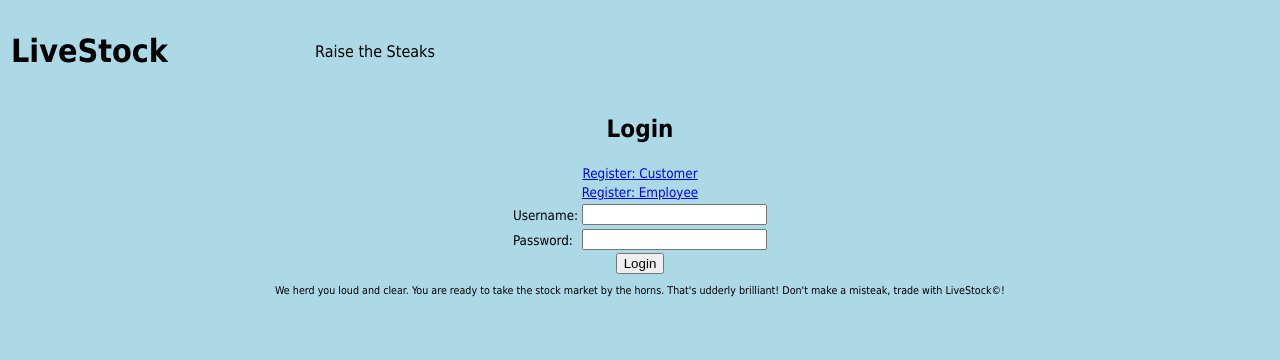
Repository: yastapova/live-stock
Page: LiveStockSite/WebContent/WEB-INF/index.html
These files come from the project's save history. The page is drawn as it stood at one moment and after the next save; the edit follows.
The browser window is 1280 px wide. The pictures show the whole page.

Above is the page before, as saved 2016-04-15 22:20:40.

### LiveStockSite/WebContent/WEB-INF/index.html
<!DOCTYPE html>
<html>
<head>
	<meta charset="ISO-8859-1">
	<title>LiveStock Trading</title>
	<link rel="stylesheet" href="gen.css" />
</head>
<body>
	<div class="header">
	<table>
		<tr>
			<td width='300px'><h1>LiveStock</h1></td>
			<td width='300px'><p>Raise the Steaks</p></td>
		</tr>
	</table>
	</div>

	<div class="body" align="center">
		<h2>Login</h2>
		<a href="register_cus.html">Register: Customer</a> <br />
		<a href="register_emp.html">Register: Employee</a>
		<form>
			<table>
				<tr>
					<td><span class="formlabel">Username:</span></td>
					<td><input id="usrn" name="username" type="text" /></td>
				</tr>
				<tr>
					<td><span class="formlabel">Password:</span></td>
					<td><input id="pw" name="password" type="password" /></td>
				</tr>
			</table>
			<input type="submit" value="Login">
		</form>
	</div>

	<div class="footer">
	<p>We herd you loud and clear. You are ready to take the stock market by the horns.
	That's udderly brilliant! Don't make a misteak, trade with LiveStock&copy;!</p>
	</div>
</body>
</html>

### LiveStockSite/WebContent/WEB-INF/gen.css
@CHARSET "ISO-8859-1";

body {
		background-color: lightblue;
		font-family: Tahoma;
}
.formlabel {
	font-size: 10pt;
}
.footer {
	text-align: center;
}
.footer p {
	font-size: 8pt;
}
a {
	font-size: 10pt;
}

After the next save:
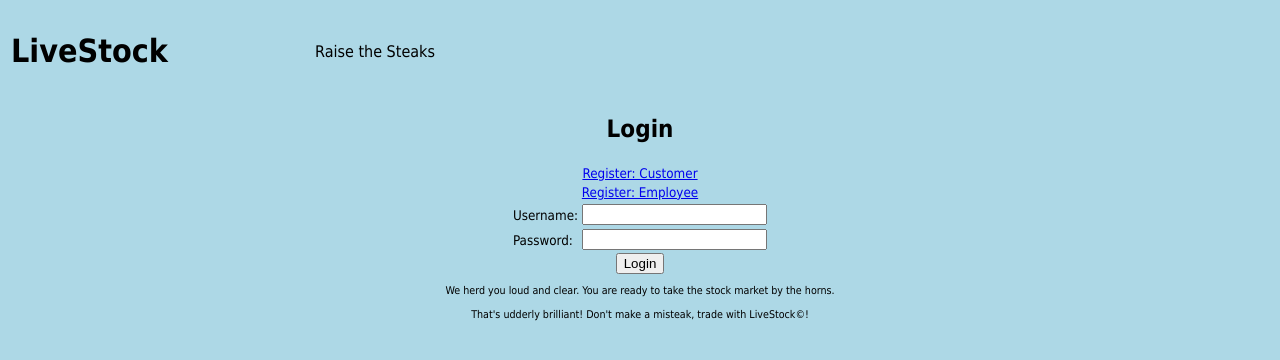
Saved 39 s later.
--- a/LiveStockSite/WebContent/WEB-INF/index.html
+++ b/LiveStockSite/WebContent/WEB-INF/index.html
@@ -35,8 +35,8 @@
 	</div>
 
 	<div class="footer">
-	<p>We herd you loud and clear. You are ready to take the stock market by the horns.
-	That's udderly brilliant! Don't make a misteak, trade with LiveStock&copy;!</p>
+	<p>We herd you loud and clear. You are ready to take the stock market by the horns.</p>
+	<p>That's udderly brilliant! Don't make a misteak, trade with LiveStock&copy;!</p>
 	</div>
 </body>
 </html>
